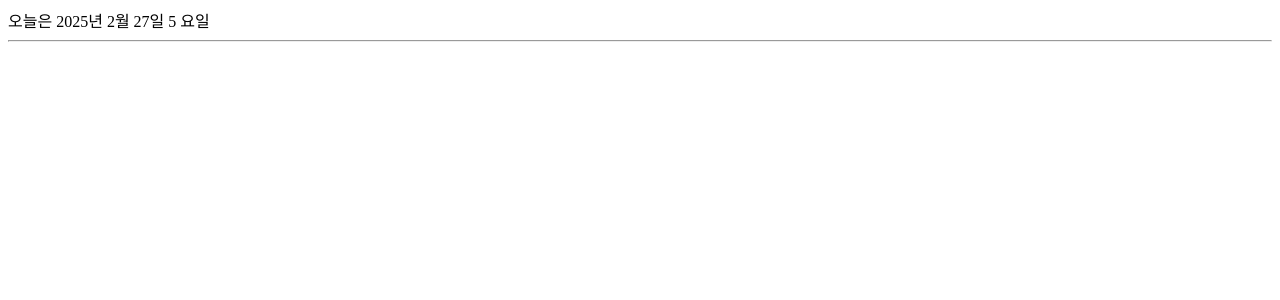
Repository: LEENYAMNYAM/JSP
Page: http://localhost/JSP_Project/exam/DataExam.jsp
The author's editor kept a copy of each file at every save. The page is drawn from the files as they stood at one save, then again after the next save.
The browser window is 1280 px wide. The pictures show the whole page.
The page is served by Tomcat 9.

Above is the page before, as saved 2025-02-27 06:57:11.

After the next save:
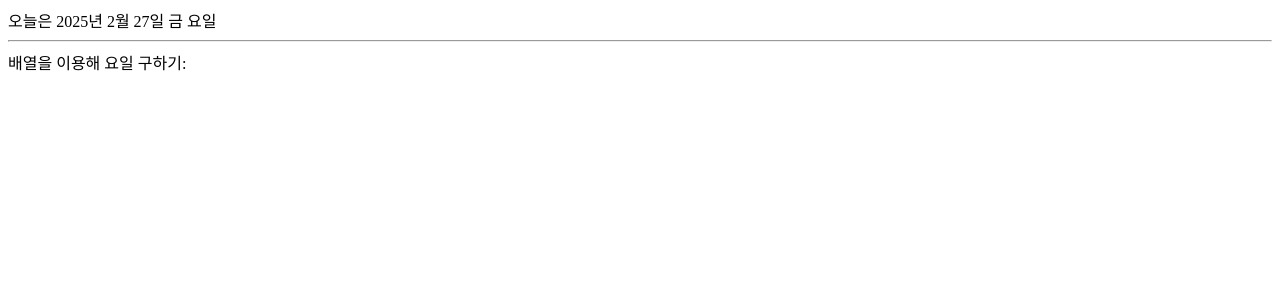
Saved 105 s later.
--- a/JSP_Project/src/main/webapp/exam/DataExam.jsp
+++ b/JSP_Project/src/main/webapp/exam/DataExam.jsp
@@ -9,6 +9,7 @@
 </head>
 <%
 	Calendar ca = Calendar.getInstance();
+	String[] arr = {"일", "월", "화", "수", "목", "금", "토"};
 %>
 <body>
 
@@ -22,8 +23,9 @@
 오늘은 <%= ca.get(Calendar.YEAR) %>년
 	 <%= ca.get(Calendar.MONTH) + 1 %>월
 	 <%= ca.get(Calendar.DATE) %>일
-	 <%= ca.get(Calendar.DAY_OF_WEEK) %> 요일
+	 <%= arr[ca.get(Calendar.DAY_OF_WEEK)] %> 요일
 <hr/>
+배열을 이용해 요일 구하기:
 
 
 </body>
